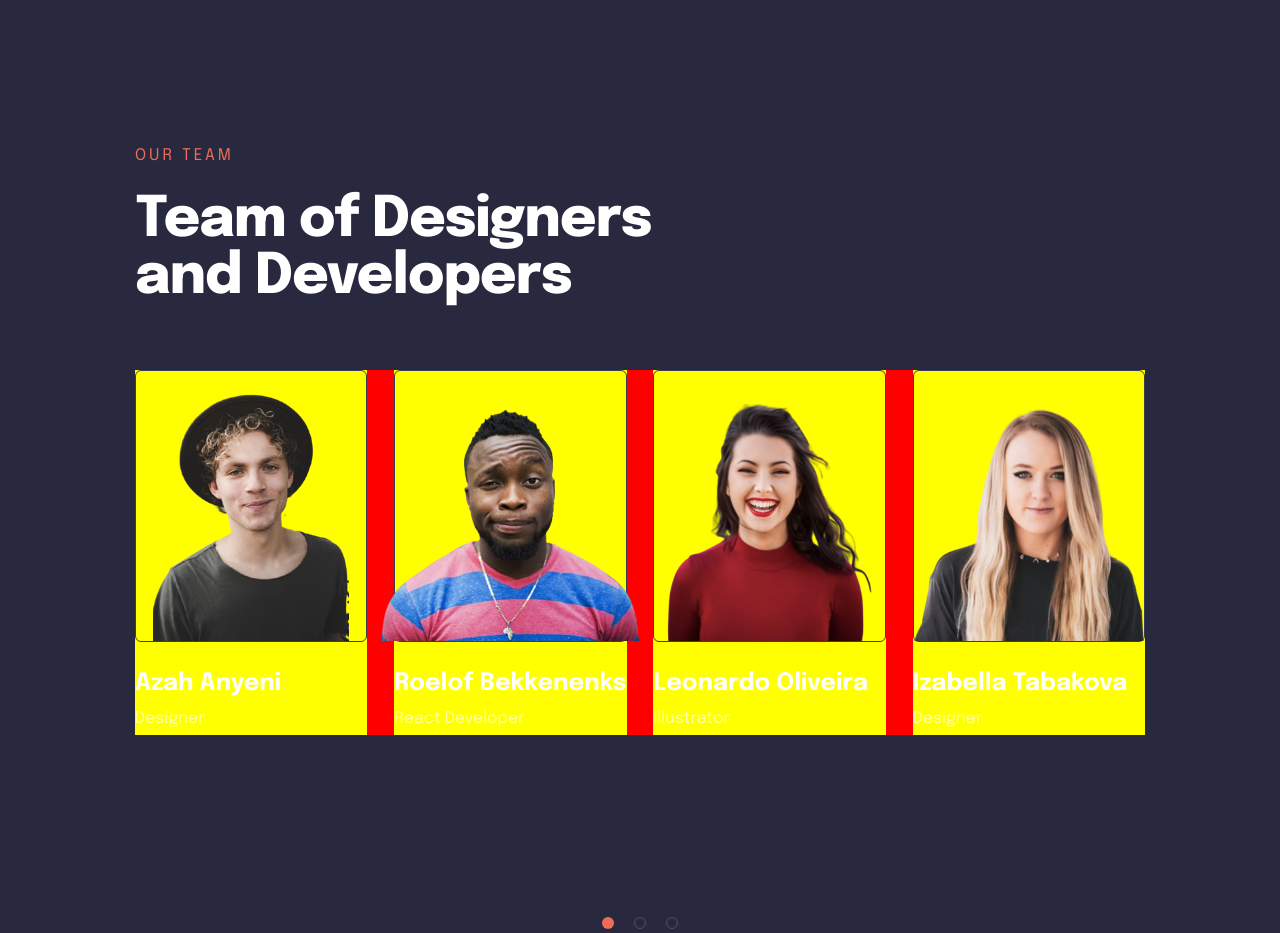
Repository: simralgasimov/ourteam
Page: index.html
These files come from the project's save history. The page is drawn as it stood at one moment and after the next save; the edit follows.
The browser window is 1280 px wide. The pictures show the whole page.

Above is the page before, as saved 2023-09-06 13:09:43.

### index.html
<!DOCTYPE html>
<html lang="en">
  <head>
    <meta charset="UTF-8" />
    <meta name="viewport" content="width=device-width, initial-scale=1.0" />
    <title>Document</title>
    <link rel="stylesheet" href="index.css" />
  </head>
  <body>
    <div class="container">
      <h1>Our Team</h1>
      <h2>Team of Designers and Developers</h2>
      <div class="container-1">
        <div class="box">
          <div>
            <img src="./img/Bitmap.png" alt="" />
          </div>

          <h3>Azah Anyeni</h3>
          <p>Designer</p>
        </div>
        <div class="box">
          <div>
            <img src="./img/Bitmap (1).png" alt="" />

          </div>
          <h3>Roelof Bekkenenks</h3>
          <p>React Developer</p>
        </div>

        <div class="box">
          <div>
            <img src="./img/Bitmap (2).png" alt="" />

          </div>
          <h3>Leonardo Oliveira</h3>
          <p>Illustrator</p>
        </div>

        <div class="box">
          <div>
            <img src="./img/Bitmap (3).png" alt="" />

          </div>
          <h3>Izabella Tabakova</h3>
          <p>Designer</p>
        </div>
      </div>
    </div>

    <div class="container-2">
      <div class="button">
        <img src="./img/pins.svg" alt="" />
      </div>
    </div>
  </body>
</html>

### index.css
@import url("https://fonts.googleapis.com/css2?family=Epilogue:wght@400;700;800;900&display=swap");

* {
  margin: 0;
  padding: 0;
  box-sizing: border-box;
}

.container {
  padding: 140px 135px 180px 135px;
  background: #28293e;
}

.container h1 {
  color: var(--Text_Light_Accent, #ef6d58);
  font-feature-settings: "clig" off, "liga" off;
  font-family: Epilogue;
  font-size: 16px;
  font-style: normal;
  font-weight: 400;
  line-height: 32px;
  letter-spacing: 3px;
  text-transform: uppercase;
}

.container h2 {
  margin-top: 20px;
  width: 532px;
  color: var(--Text_Light, #fff);
  font-feature-settings: "clig" off, "liga" off;
  font-family: Epilogue;
  font-size: 56px;
  font-style: normal;
  font-weight: 800;
  letter-spacing: -1px;
}

.container .container-1 {
  margin-top: 64px;
  background-color: red;
  display: flex;
  justify-content: space-between;

}
.container-1 .box {
  /* padding: 24px 37px 1px 37px; */
  width: 23%;
  background-color: yellow;
}
.container .container-1 .box div{
  height: 272px;
  border-radius: 6px;
  border: 1px solid #3a3c56;
  display: flex;
  justify-content: center;
  align-items: flex-end;
}
.container-1 .box:first-child img {
  width: 196px;
  height: 247px;
}

.container-1 .box:nth-child(2) img {
  width: 259px;
  height: 232px;
}
.container-1 .box:nth-child(3) img {
  width: 205px;
  height: 238px;
}
.container-1 .box:last-child img {
  width: 230px;
  height: 233px;
}
.container-1 .box h3 {
  justify-content: center;
  margin-top: 26px;
  color: var(--Text_Light, #fff);
  font-feature-settings: "clig" off, "liga" off;
  font-family: Epilogue;
  font-size: 24px;
  font-style: normal;
  font-weight: 700;
  line-height: 32px;
}

.container .box p {
  margin-top: 3px;
  color: var(--Text_Light_Gray, rgba(255, 255, 255, 0.64));
  font-feature-settings: "clig" off, "liga" off;
  font-family: Epilogue;
  font-size: 16px;
  font-style: normal;
  font-weight: 400;
  line-height: 32px;
}

.container .container-1 .box h3:nth-child(2) {
  width: 233px;
}


.container-2 {
  background: #28293e;
}

.container-2 .button {
  width: 76px;
  margin: auto;
}

After the next save:
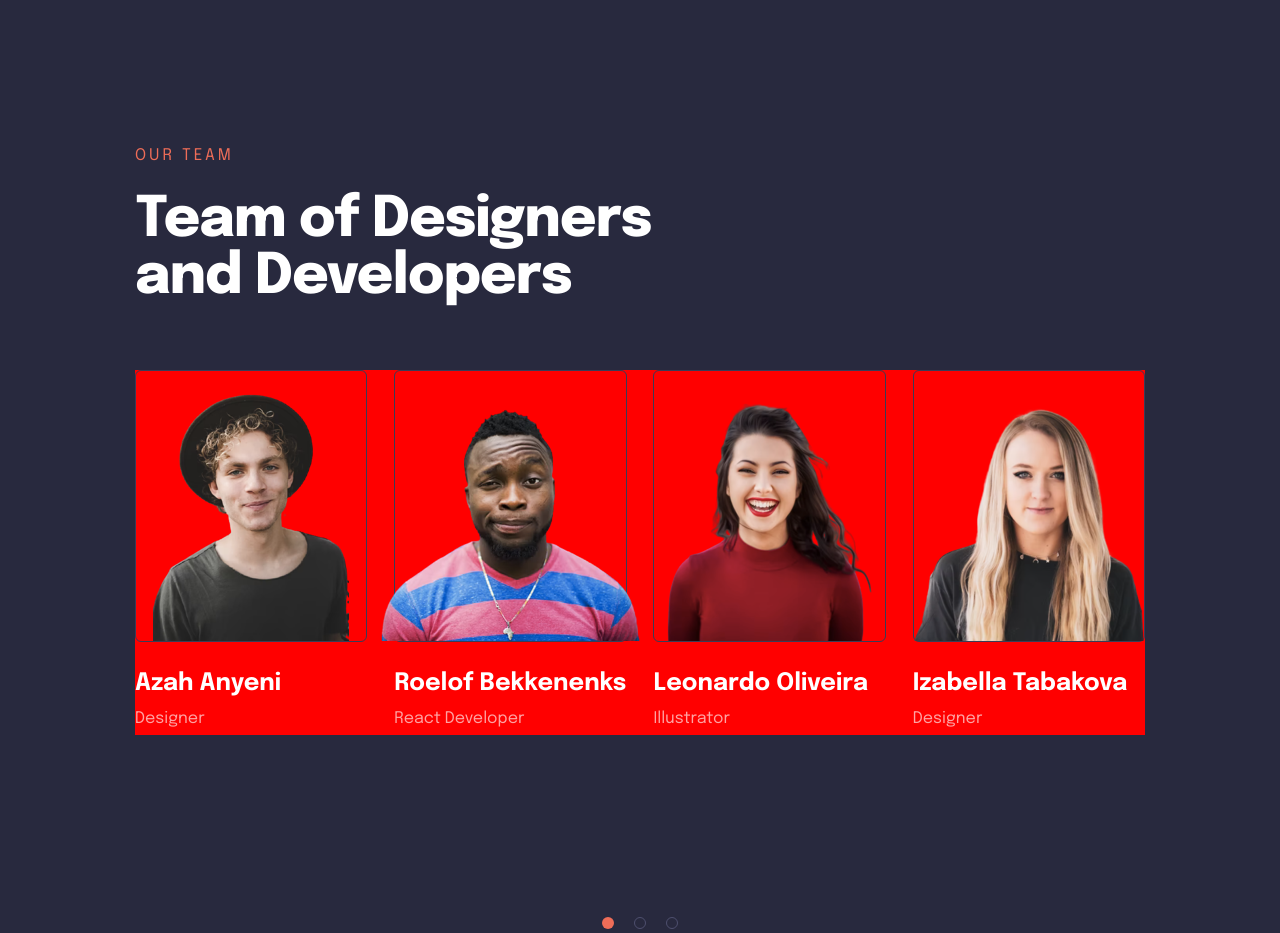
Saved 75 s later.
--- a/index.css
+++ b/index.css
@@ -45,7 +45,6 @@
 .container-1 .box {
   /* padding: 24px 37px 1px 37px; */
   width: 23%;
-  background-color: yellow;
 }
 .container .container-1 .box div{
   height: 272px;
